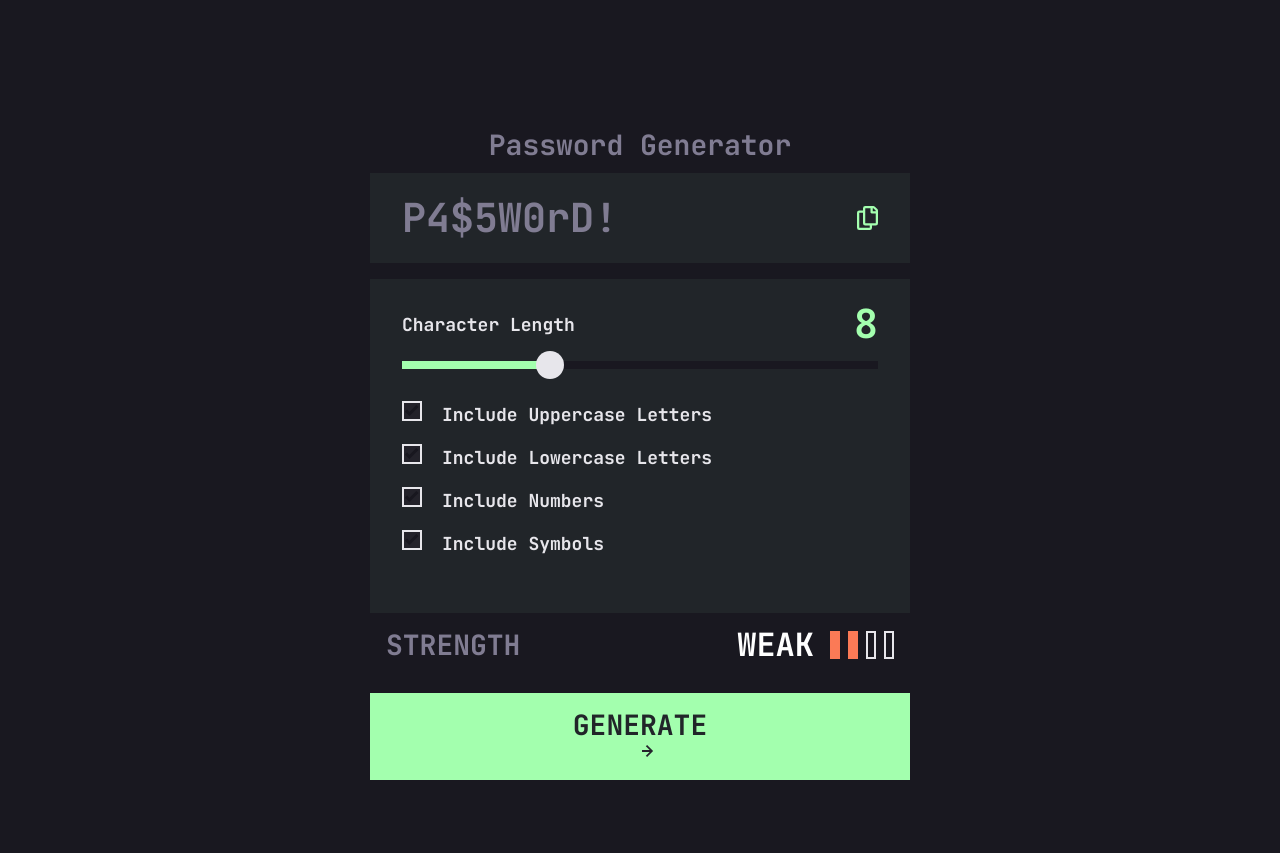
Repository: blordeus/password-generator-app
Page: starter-code/index.html
An editor plug-in stored every save of this project. The page is shown before and after the next save, followed by the edit.
The browser window is 1280 px wide. The pictures show the whole page.

Above is the page before, as saved 2023-10-05 20:47:29.

After the next save:
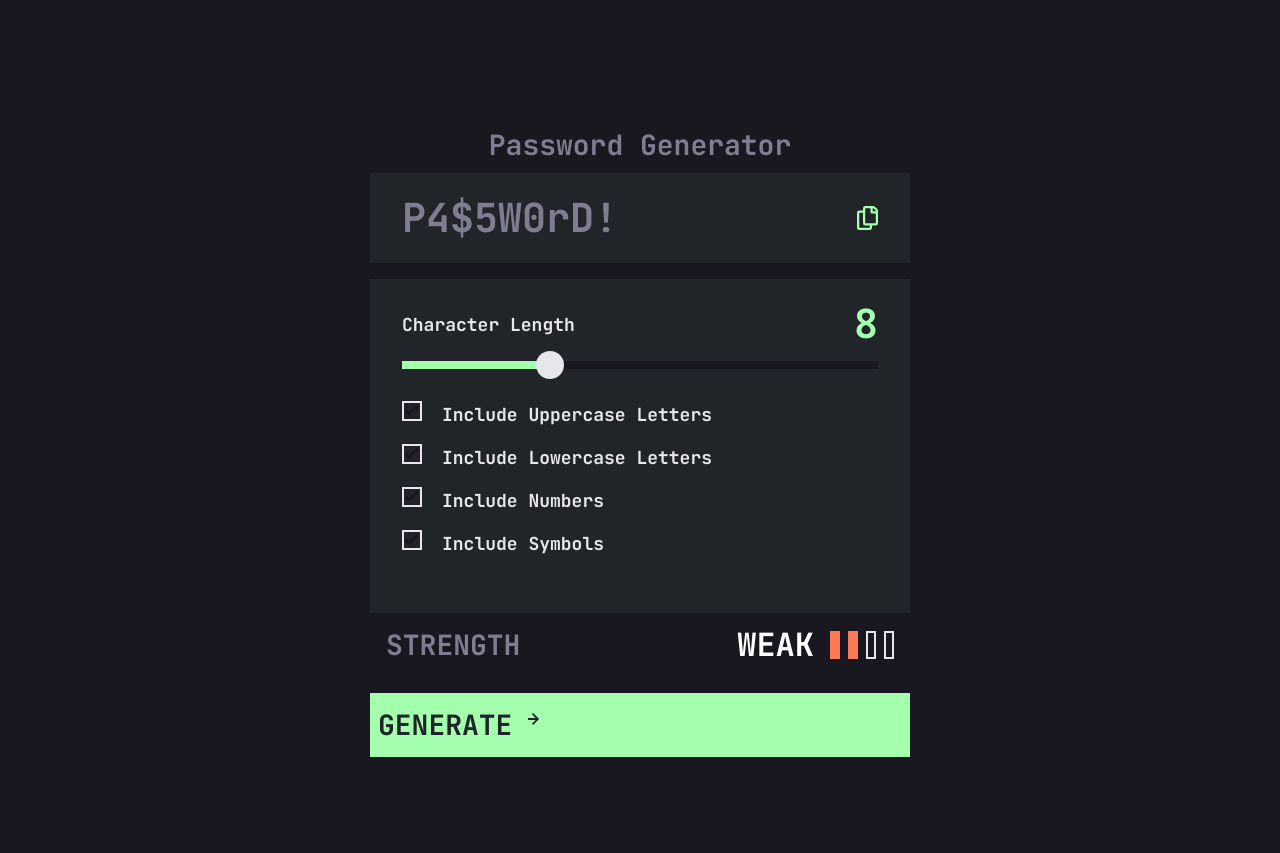
Saved 59 s later.
--- a/starter-code/index.html
+++ b/starter-code/index.html
@@ -64,7 +64,7 @@
     </div>
 
     <div class="flex">
-      <button id="generateBtn" class="uppercase fs-3 bg-green text-dark button">
+      <button id="generateBtn" class="uppercase fs-3 bg-green text-dark button flex">
         <p>Generate</p>
         <svg width="12" height="12" xmlns="http://www.w3.org/2000/svg"><path fill="#24232C" d="m5.106 12 6-6-6-6-1.265 1.265 3.841 3.84H.001v1.79h7.681l-3.841 3.84z"/></svg></button>
     </div>
